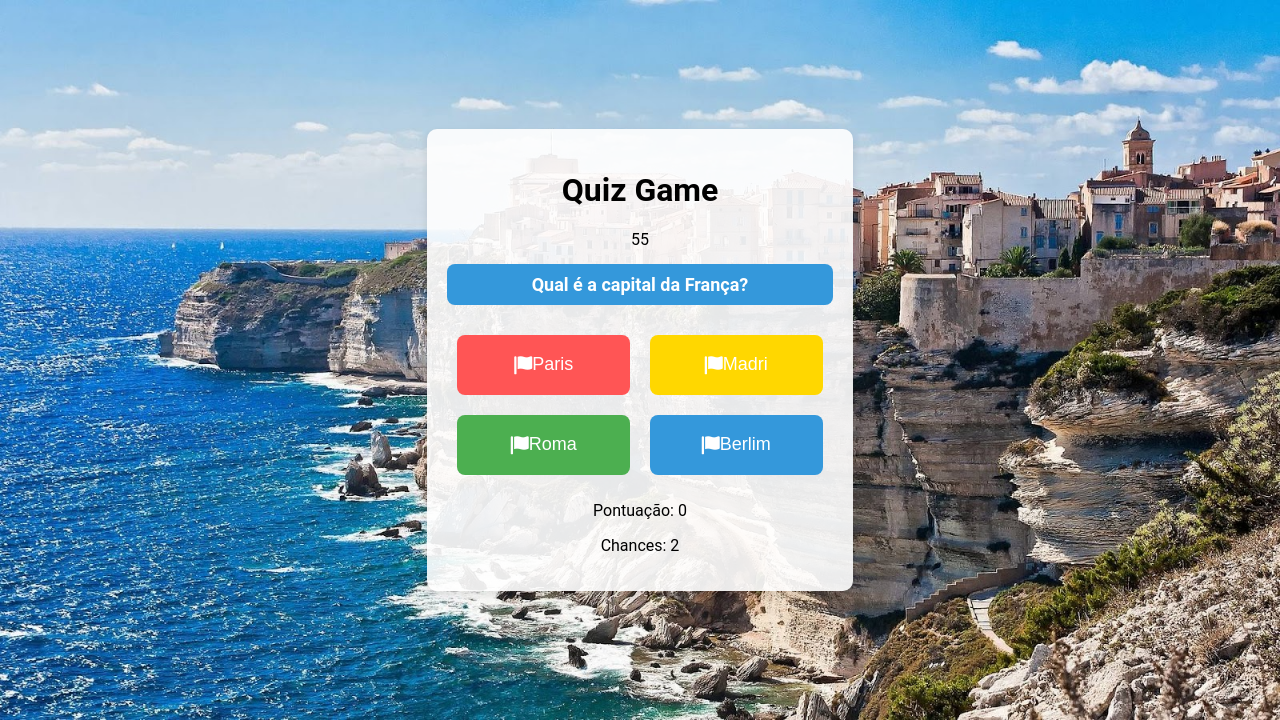
Repository: Matheus904-12/Quizz
Page: index.html
An editor plug-in stored every save of this project. The page is shown before and after the next save, followed by the edit.
The browser window is 1280 px wide. The pictures show the whole page.

Above is the page before, as saved 2023-08-21 19:54:01.

After the next save:
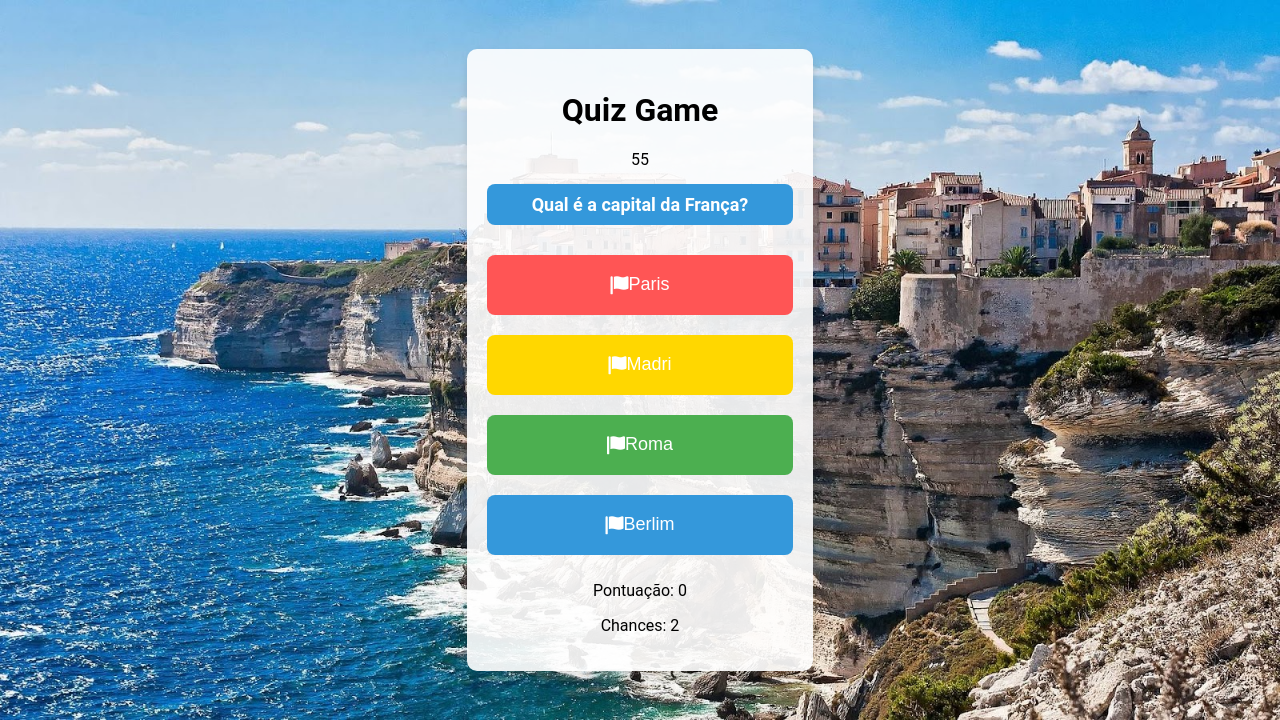
Saved 4 min 42 s later.
--- a/style.css
+++ b/style.css
@@ -40,12 +40,12 @@ body {
     display: flex;
     align-items: center;
     justify-content: center;
-    width: calc(50% - 20px); /* Dividindo o espaço em 2 para ficarem lado a lado */
+    width: 100%;
     height: 60px;
-    margin: 10px;
+    margin: 10px 0;
     cursor: pointer;
     border-radius: 8px;
-    transition: background-color 0.3s, transform 0.2s;
+    transition: background-color 0.3s, transform 0.2s, box-shadow 0.2s; /* Adicionando a propriedade box-shadow para a animação */
     font-size: 18px;
     color: #fff;
     background-color: #3498DB;
